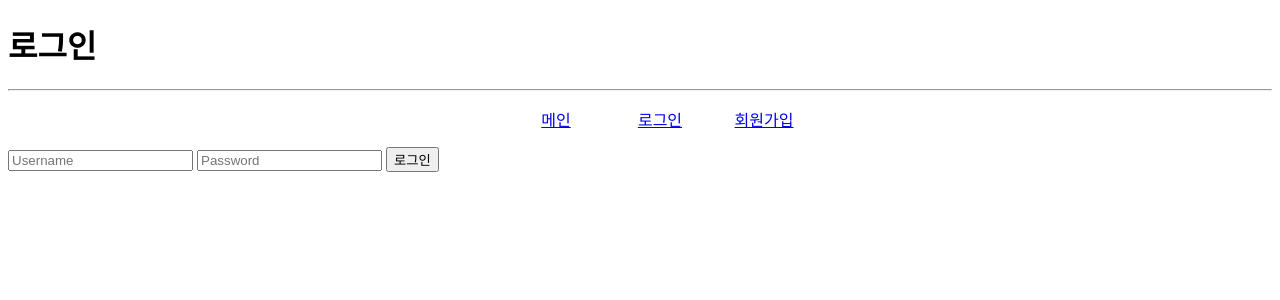
Repository: leesangbok/jsp-work
Page: http://localhost/cos/login.jsp
The author's editor kept a copy of each file at every save. The page is drawn from the files as they stood at one save, then again after the next save.
The browser window is 1280 px wide. The pictures show the whole page.
The page is served by Tomcat 9.

Above is the page before, as saved 2020-08-22 06:27:27.

After the next save:
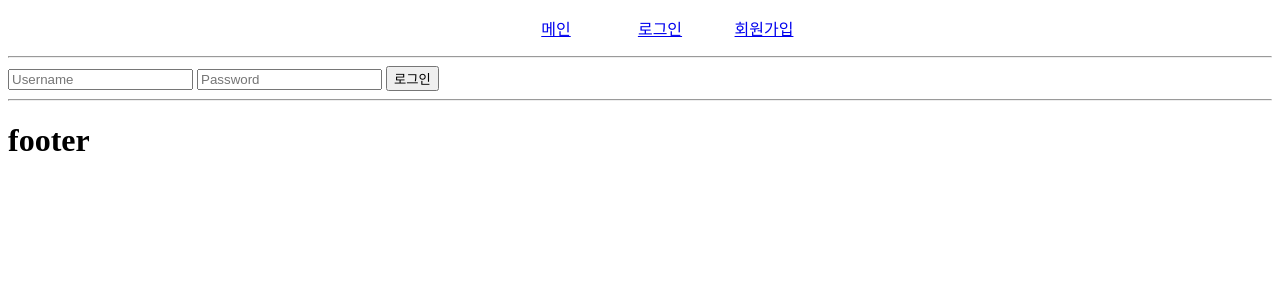
Saved 41 s later.
--- a/cos/WebContent/login.jsp
+++ b/cos/WebContent/login.jsp
@@ -1,24 +1,6 @@
 <%@ page language="java" contentType="text/html; charset=UTF-8"
     pageEncoding="UTF-8"%>
-<!DOCTYPE html>
-<html>
-<head>
-<meta charset="UTF-8">
-<title>로그인</title>
- <style>
- 	ul{text-align: center;}
- 	li{display: inline-block; width: 100px;}
- </style>
-
-</head>
-<body>
-	<h1>로그인</h1>
-	<hr/>
-	<ul>
-		<li><a href="main.jsp" title="">메인</a></li>
-		<li><a href="login.jsp" title="">로그인</a></li>
-		<li><a href="join.jsp" title="">회원가입</a></li>
-	</ul>
+<%@ include file="layout/header.jsp" %>
 
 	<!-- 로그인은 Read 하는 것인데 보안을 위해  POST로 전송한다. -->
 	<form action="loginProc.jsp" method="post">
@@ -26,5 +8,6 @@
 		<input type="password" name="password" placeholder="Password"/>
 		<button>로그인</button>
 	</form>
+	<%@ include file="layout/footer.jsp" %>
 </body>
 </html>
